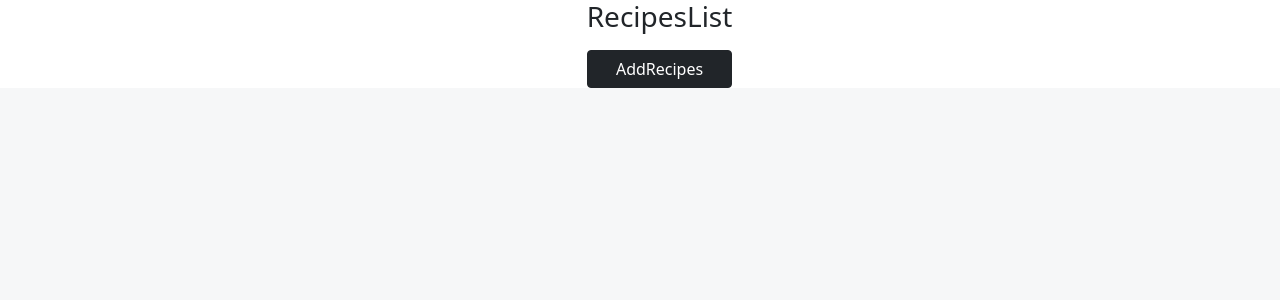
Repository: VasaviGannena/recipe-app
Page: /
An editor plug-in stored every save of this project. The page is shown before and after the next save, followed by the edit.
The browser window is 1280 px wide. The pictures show the whole page.
The project was rebuilt for these pictures with package versions that can differ from the ones it lists, and the page was loaded fresh each time. Also part of the build but not shown: src/Modal/EditRecipes.js, src/Components/Card.js.

Above is the page before, as saved 2021-05-31 15:03:23.

### public/index.html
<!DOCTYPE html>
<html lang="en">
  <head>
    <meta charset="utf-8" />
    <link rel="icon" href="%PUBLIC_URL%/favicon.ico" />
    <meta name="viewport" content="width=device-width, initial-scale=1" />
    <meta name="theme-color" content="#000000" />
    <meta
      name="description"
      content="Web site created using create-react-app"
    />
   <link rel="stylesheet" href="https://cdnjs.cloudflare.com/ajax/libs/font-awesome/5.15.3/css/all.min.css" integrity="sha512-iBBXm8fW90+nuLcSKlbmrPcLa0OT92xO1BIsZ+ywDWZCvqsWgccV3gFoRBv0z+8dLJgyAHIhR35VZc2oM/gI1w==" crossorigin="anonymous"/>

    <link rel="apple-touch-icon" href="%PUBLIC_URL%/logo192.png" />
    <!--
      manifest.json provides metadata used when your web app is installed on a
      user's mobile device or desktop. See https://developers.google.com/web/fundamentals/web-app-manifest/
    -->
    <link rel="manifest" href="%PUBLIC_URL%/manifest.json" />
    <!--
      Notice the use of %PUBLIC_URL% in the tags above.
      It will be replaced with the URL of the `public` folder during the build.
      Only files inside the `public` folder can be referenced from the HTML.

      Unlike "/favicon.ico" or "favicon.ico", "%PUBLIC_URL%/favicon.ico" will
      work correctly both with client-side routing and a non-root public URL.
      Learn how to configure a non-root public URL by running `npm run build`.
    -->
    <title>React App</title>
  </head>
  <body>
    <noscript>You need to enable JavaScript to run this app.</noscript>
    <div id="root"></div>
    <!--
      This HTML file is a template.
      If you open it directly in the browser, you will see an empty page.

      You can add webfonts, meta tags, or analytics to this file.
      The build step will place the bundled scripts into the <body> tag.

      To begin the development, run `npm start` or `yarn start`.
      To create a production bundle, use `npm run build` or `yarn build`.
    -->
  </body>
</html>

### src/App.js

import './App.css';
import RecipeList from './Components/RecipeList';
import 'bootstrap/dist/css/bootstrap.min.css';


function App() {
  return (
    <div className="App">
      <RecipeList />
    </div>

  );
}

export default App;

### src/App.css
/**** Card ****/
.card-wrapper{
  width: 270px;
  height: 200px;
  box-shadow: 0px 3px 50px #A5A5A5;
  display: flex;
  flex-direction: column;
}

.card-top{
  width: 100%;
  height: 2%;
}
.recipe-holder{
 width: 100%;
  height: 98%;
  padding: 10px 10px;
  display : flex;
  flex-direction: column;
  position: relative;
}
.card-header{
     margin-top: 10px;
  margin-bottom: 10px;
  max-width: 80px;
  height: 30px;
  padding: 1px 1px !important;
  text-align: center;
}
/*** RecipeList Card ***/
.recipe-container{
  height: 600px;
  width: 100%;
  display: flex;
  flex-wrap: wrap;
  background-color: #F6F7F8;
  padding : 40px 100px;

}

### src/Components/RecipeList.js
import React, { useEffect, useState } from 'react';
import CreateRecipe from '../Modal/CreateRecipe';
import Card from './Card';

const RecipeList = () => {

    const [modal, setModal] = useState(false);

    const [RecipeList, setRecipeList] = useState([])

    useEffect(() => {
        let arr = localStorage.getItem("RecipeList")

        if (arr) {
            let obj = JSON.parse(arr)
            setRecipeList(obj)
        }
    }, [])

    const deleteRecipe = (index) => {
        let tempList = RecipeList
        tempList.splice(index, 1)
        localStorage.setItem("RecipeList", JSON.stringify(tempList))
        setRecipeList(tempList)
        window.location.reload()
    }

    const updateListArray = (obj, index) => {
        let tempList = RecipeList
        tempList[index] = obj
        localStorage.setItem("RecipeList", JSON.stringify(tempList))
        setRecipeList(tempList)
        window.location.reload()

    }

    const toggle = () => setModal(!modal);


    const saveRecipe = (RecipeObj) => {
        let tempList = RecipeList
        tempList.push(RecipeObj)
        localStorage.setItem(RecipeList, JSON.stringify(tempList))
        setModal(false)
        setRecipeList(tempList)
    }

    return (
        <>
        <div className = " header d-grid gap-2 col-1 mx-auto">
            <h3>RecipesList</h3>
            <button type="button" className="btn btn-dark" onClick = {() => setModal(true) }>AddRecipes</button>
            </div>
            <div className="recipe-container">
                {RecipeList && RecipeList.map((obj, index) => <Card RecipeObj={obj} index={index} deleteRecipe={deleteRecipe} updateListArray={updateListArray}/>)}

            </div>
            <CreateRecipe modal={modal} toggle={toggle} save={saveRecipe}/>

            </>
    );
};

export default RecipeList;

### src/Modal/CreateRecipe.js
import React, { useState } from 'react';
import { Button, Modal, ModalHeader, ModalBody, ModalFooter } from 'reactstrap';

const CreateRecipe = ({ modal, toggle, save }) => {

    const [RecipeName, setRecipeName] = useState('');
    const [Ingredients, setIngredients] = useState('');

    const handleChange = (e) => {

        const { name, value } = e.target

        if (name === "RecipeName") {
        setRecipeName(value)
        } else {
        setIngredients(value)
        }

    }

    const handleSave = () => {
        let RecipeObj = {}
        RecipeObj["name"] = RecipeName
        RecipeObj["ingredient"] = Ingredients
        save(RecipeObj)



    }

    return (

        <Modal isOpen={modal} toggle={toggle}>
        <ModalHeader toggle={toggle}>AddRecipes</ModalHeader>
            <ModalBody>
                <form>
                    <div className="form-group">
                        <label>RecipeName</label>
                        <input type="text" className="form-control" value={RecipeName} onChange={handleChange} name = "RecipeName"/>

                    </div>
                    <div className="from-group">
                        <label>Ingredients</label>
                        <textarea row = "4" className="form-control" value = {Ingredients} onChange = {handleChange} name = "Ingredients"></textarea>

                    </div>
                </form>
        </ModalBody>
        <ModalFooter>
        <Button color="primary" onClick={handleSave}>Add</Button>{' '}
        <Button color="secondary" onClick={toggle}>Cancel</Button>
        </ModalFooter>
            </Modal>

    );
};

export default CreateRecipe;

Loaded but not shown: src/index.js (common file); src/index.css (common file); src/reportWebVitals.js (common file)

After the next save:
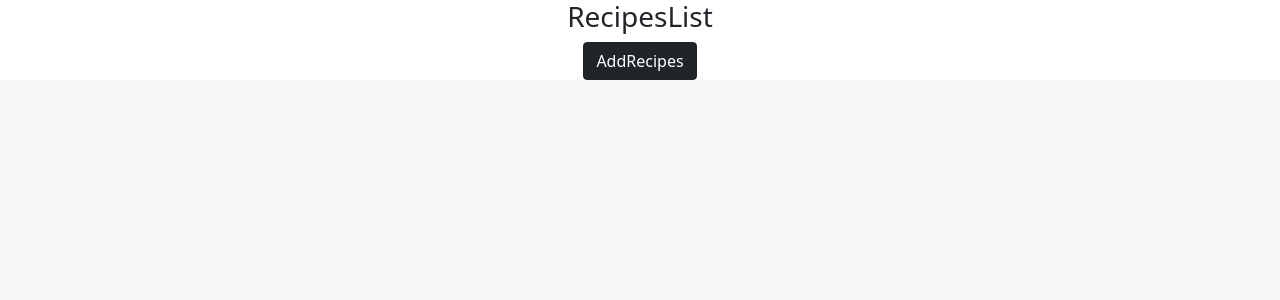
Saved 3 min 48 s later.
--- a/src/Components/RecipeList.js
+++ b/src/Components/RecipeList.js
@@ -47,7 +47,7 @@ const RecipeList = () => {
 
     return (
         <>
-        <div className = " header d-grid gap-2 col-1 mx-auto">
+        <div className = " header text-center">
             <h3>RecipesList</h3>
             <button type="button" className="btn btn-dark" onClick = {() => setModal(true) }>AddRecipes</button>
             </div>
